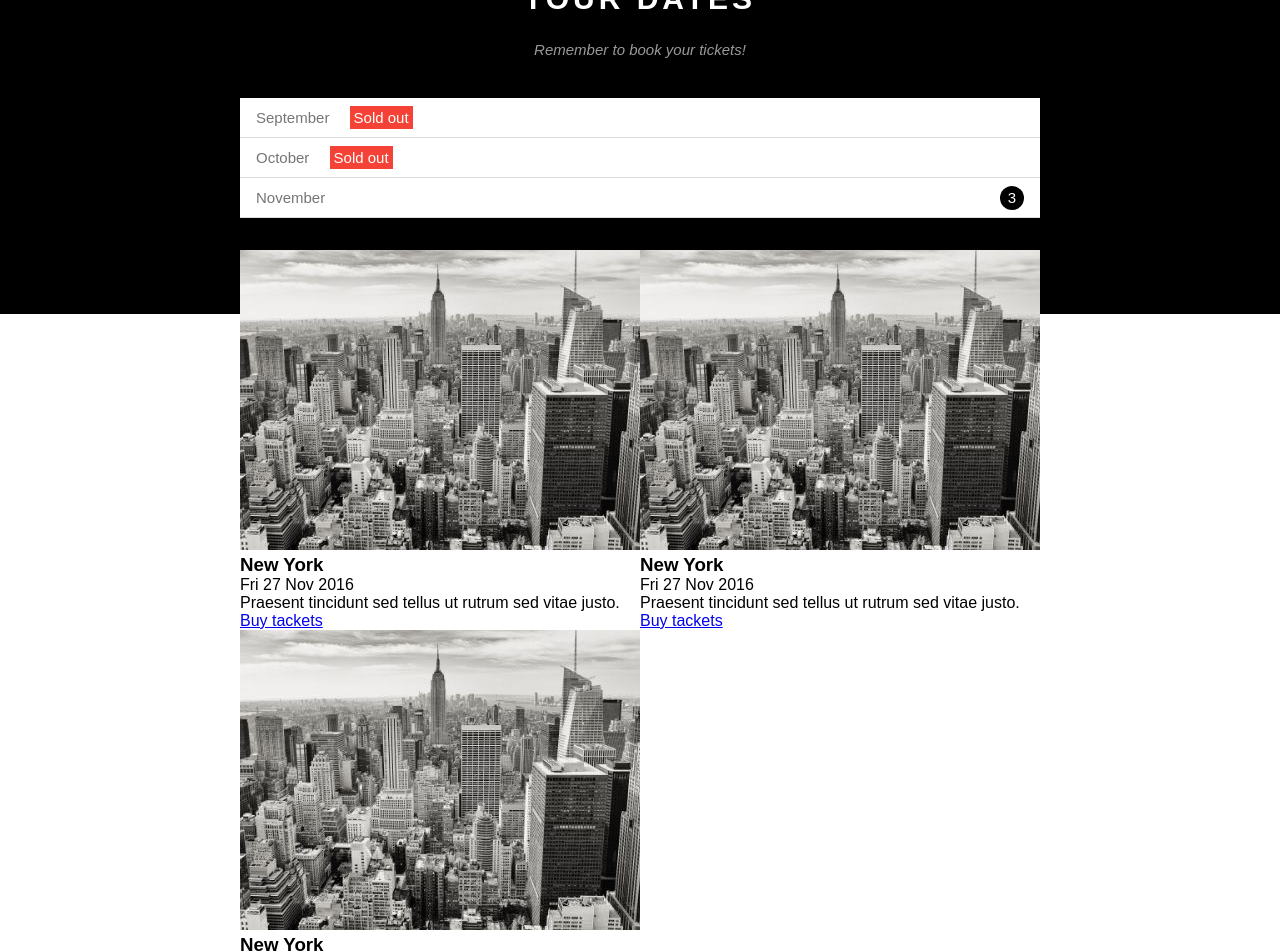
Repository: Phunobita/The-band-w3school
Page: index.html
An editor plug-in stored every save of this project. The page is shown before and after the next save, followed by the edit.
The browser window is 1280 px wide. The pictures show the part of the page from y = 1025 to 1977 px (the page is 2035 px tall before and 1813 px after).
A picture or video elsewhere on the page could not be fetched, so the positions and the page height are approximate.

Above is the page before, as saved 2021-12-02 22:28:47.

After the next save:
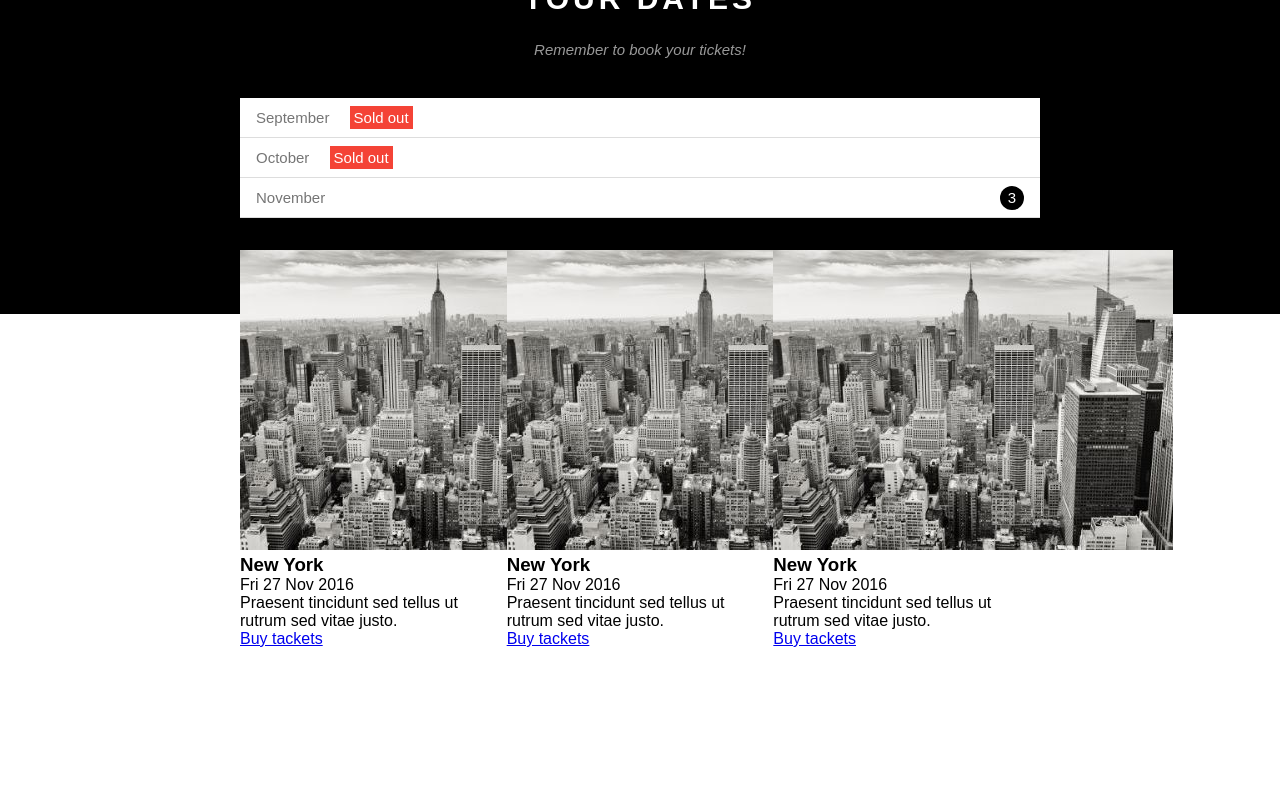
Saved 24 s later.
--- a/assets/css/style.css
+++ b/assets/css/style.css
@@ -191,6 +191,7 @@
 }
 .place__list-item {
   float: left;
+  width: 33.3333%;
 }
 .place__img {
 }
